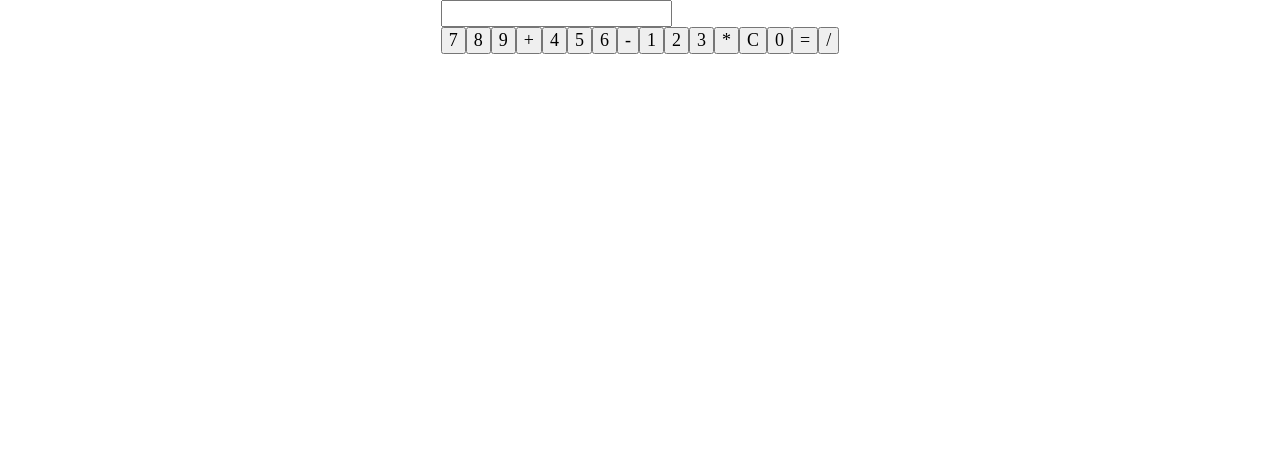
Repository: rajratangm/xcalculator
Page: /
The author's editor kept a copy of each file at every save. The page is drawn from the files as they stood at one save, then again after the next save.
The browser window is 1280 px wide. The pictures show the whole page.
The project was rebuilt for these pictures with package versions that can differ from the ones it lists, and the page was loaded fresh each time. Also part of the build but not shown: vite.config.js.

Above is the page before, as saved 2024-04-03 11:03:57.

After the next save:
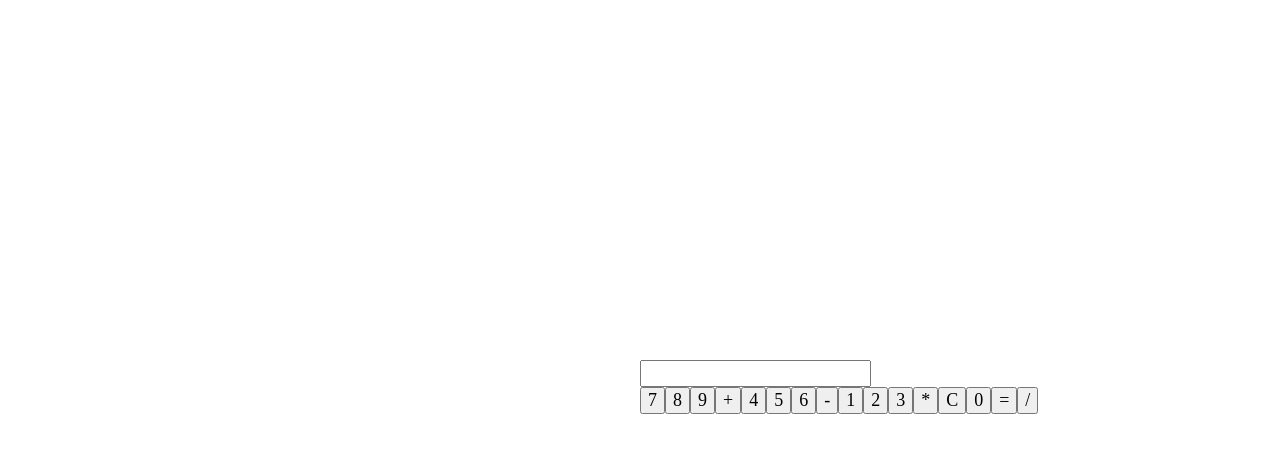
Saved 4 s later.
--- a/src/App.css
+++ b/src/App.css
@@ -14,6 +14,6 @@ body{
 .container{
   top:50%;
   left: 50%;
-  posit
+  position:absolute
 
 }
